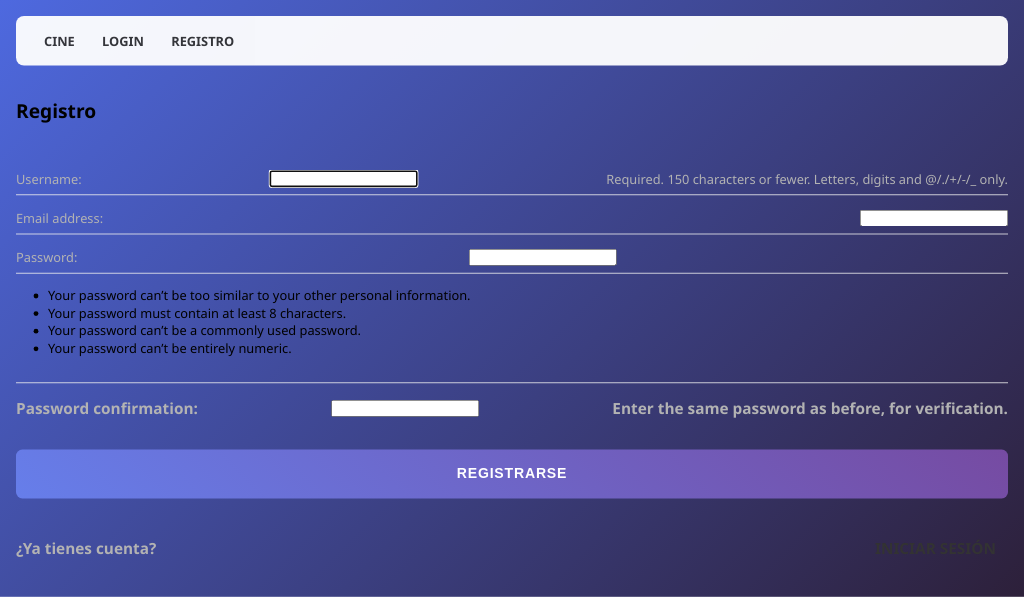
Repository: RoyScc/Practico-Django
Page: http://localhost/register/
The author's editor kept a copy of each file at every save. The page is drawn from the files as they stood at one save, then again after the next save.
The browser window is 1280 px wide. The pictures show the whole page, at 80% of full size.
The page is served by the project's application, run on Django 5.2 (manage.py). Other server files are loaded and not shown.

Above is the page before, as saved 2026-05-27 08:51:27.

### tickets/templates/tickets/register.html
{% extends 'tickets/base.html' %}

{% block body %}

<h2>Registro</h2>

<form method="POST">
    {% csrf_token %}
    {{ form.as_p }}

    <button type="submit">Registrarse</button>
</form>

<p>
    ¿Ya tienes cuenta?
    <a href="{% url 'login' %}">Iniciar sesión</a>
</p>

{% endblock %}

### tickets/templates/tickets/base.html
{% load static %}

<!DOCTYPE html>
<html lang="en">
<head>
    <meta charset="UTF-8">
    <meta name="viewport" content="width=device-width, initial-scale=1.0">

    <link rel="stylesheet" href="{% static 'tickets/styles.css' %}">

    <!-- ICONO -->
    <link rel="icon" href="{% static 'tickets/images/cine.png' %}" type="image/png">

    <title>{% block title %} Tickets {% endblock %}</title>
</head>

<body>

    <nav class="navbar2">

        {% if request.resolver_match.url_name == 'cine' %}
            <a href="{% url 'lista_metodos' %}">
                Metodos
            </a>
        {% endif %}

        <a href="{% url 'cine' %}">
            Cine
        </a>

        {% if request.resolver_match.url_name == 'lista_metodos' %}
            <a href="{% url 'crear_metodo_pago' %}">
                Crear método de pago
            </a>
        {% endif %}

        <!-- LOGIN / LOGOUT -->

        {% if user.is_authenticated %}
            <a href="{% url 'logout' %}">
                Cerrar sesión
            </a>

        {% else %}

            <a href="{% url 'login' %}">
                Login
            </a>

            <a href="{% url 'register' %}">
                Registro
            </a>

        {% endif %}

    </nav>

    {% block body %}{% endblock %}

</body>
</html>

### tickets/forms.py
from django import forms

from .models import MetodoPago

from django.contrib.auth.forms import UserCreationForm
from django.contrib.auth.models import User

class RegistroForm(UserCreationForm):
    class Meta:
        model = User
        fields = ['username', 'email', 'password1', 'password2']

class MetodoPagoForm(forms.ModelForm):
    class Meta:
        model = MetodoPago
        fields = ['nombre', 'tipo', 'banco']

### tickets/views.py
from django.shortcuts import render, redirect
from .models import Tickets, MetodoPago
from .forms import MetodoPagoForm
from django.contrib.auth import login, logout
from django.contrib.auth.forms import AuthenticationForm
from django.contrib.auth import authenticate
from .forms import RegistroForm

# Create your views here.

# def index(request):
#     tickets = Tickets.objects.filter(tipo="cine")
#     return render(request, 'tickets/index.html', {'tickets': tickets})

def cine(request):
    tickets = Tickets.objects.filter(tipo__icontains="cine")
    return render(request, 'tickets/cine.html', {'tickets': tickets})

def tickets(request):
    todos_los_tickets = Tickets.objects.all()
    return render(request, 'tickets/todos_los_tickets.html', {'tickets': todos_los_tickets})

def crear_metodo_pago(request):
    if request.method == 'POST':
        form = MetodoPagoForm(request.POST)
        if form.is_valid():
            form.save()
            return redirect('lista_metodos')
    else:
        form = MetodoPagoForm()
    return render(request, 'tickets/crear_metodo_pago.html', {'form': form})

from django.shortcuts import get_object_or_404

def lista_metodos_pago(request):
    metodos = MetodoPago.objects.all()
    return render(request, 'tickets/lista_metodos.html', {'metodos': metodos})

def editar_metodo(request, id):
    metodo = get_object_or_404(MetodoPago, id=id)
    if request.method == 'POST':
        form = MetodoPagoForm(request.POST, instance=metodo)
        if form.is_valid():
            form.save()
            return redirect('lista_metodos')
    else:
        form = MetodoPagoForm(instance=metodo)
    return render(request, 'tickets/crear_metodo_pago.html', {'form': form})

def borrar_metodo(request, id):
    metodo = get_object_or_404(MetodoPago, id=id)
    if request.method == 'POST':
        metodo.delete()
        return redirect('lista_metodos')
    return render(request, 'tickets/borrar_metodo.html', {'metodo': metodo})

#Registro de usuarios
def register_view(request):
    if request.method == 'POST':
        form = RegistroForm(request.POST)

        if form.is_valid():
            user = form.save()
            login(request, user)
            return redirect('index')

    else:
        form = RegistroForm()

    return render(request, 'tickets/register.html', {
        'form': form
    })


#Login de usuarios
def login_view(request):

    if request.method == 'POST':
        form = AuthenticationForm(data=request.POST)

        if form.is_valid():
            user = form.get_user()
            login(request, user)
            return redirect('index')

    else:
        form = AuthenticationForm()

    return render(request, 'tickets/login.html', {
        'form': form
    })


# LOGOUT
def logout_view(request):
    logout(request)
    return redirect('login')

### TicketERA/urls.py
"""
URL configuration for TicketERA project.

The `urlpatterns` list routes URLs to views. For more information please see:
    https://docs.djangoproject.com/en/6.0/topics/http/urls/
Examples:
Function views
    1. Add an import:  from my_app import views
    2. Add a URL to urlpatterns:  path('', views.home, name='home')
Class-based views
    1. Add an import:  from other_app.views import Home
    2. Add a URL to urlpatterns:  path('', Home.as_view(), name='home')
Including another URLconf
    1. Import the include() function: from django.urls import include, path
    2. Add a URL to urlpatterns:  path('blog/', include('blog.urls'))
"""
from django.contrib import admin
from django.urls import path, include

urlpatterns = [
    path('admin/', admin.site.urls),
    path('', include("tickets.urls"))
]

### tickets/urls.py
from django.urls import path, include

from . import views

urlpatterns = [
    #path('', views.index, name="index"),
    path('cine/', views.cine, name="cine"),
    path('tickets/', views.tickets, name="tickets"),
    path('metodos/', views.lista_metodos_pago, name="lista_metodos"),
    path('metodos/crear', views.crear_metodo_pago, name="crear_metodo_pago"),
    path('metodos/editar/<int:id>/', views.editar_metodo, name="editar_metodo"),
    path('metodos/borrar/<int:id>/', views.borrar_metodo, name="borrar_metodo"),
    path('login/', views.login_view, name='login'),
    path('register/', views.register_view, name='register'),
    path('logout/', views.logout_view, name='logout'),
]

### tickets/static/tickets/styles.css
/* Estilos generales para la página */
body {
    font-family: 'Segoe UI', Tahoma, sans-serif;
    background: linear-gradient(135deg, #4e69df 0%, #2d203a 100%);
    min-height: 100vh;
    margin: 0;
    padding: 20px;
    gap: 20px;
    display: flex;
    flex-direction: column;
    box-sizing: border-box;
    flex: 1;
}

nav{
    justify-content: space-around;
    background: white;
    opacity: 0.95;
    margin: 0;
    padding: 10px 20px;
    border-radius: 10px;

}

.navbar {
    display: flex;
    justify-content: flex-end;
    align-items: center;
}

a {
    display: inline-block;
    color: #333;
    text-decoration: none;
    font-weight: bold;
    padding: 10px 15px;
    border-radius: 5px;
    transition: background 0.3s ease;
    text-transform: uppercase;
    /*background: #686666;*/
}

a:hover {
    background: #667eea;
    color: white;
}


h1, h4 {
    color: white;
    text-align: center;
    margin-bottom: 30px;
    text-shadow: 2px 2px 4px rgba(0,0,0,0.3);
}

h1 {
    font-size: 2.5rem;
    margin-bottom: 10px;
}

h4 {
    font-size: 1.2rem;
    opacity: 0.9;
}

.cartelera {
    display: flex;
    flex-wrap: wrap;
    justify-content: center;
    gap: 40px;
    padding: 30px;
}
.ticket-item {
    background: white;
    border-radius: 15px;
    padding: 20px;

    display: flex;
    flex-direction: column;
    justify-content: space-between;

    width: 320px;
    min-height: 500px;

    box-shadow: 0 10px 30px rgba(0,0,0,0.2);

    transition: transform 0.3s ease;
}

.ticket-item2 {
    background: white;
    border-radius: 15px;
    padding: 20px;

    display: flex;
    flex-direction: column;
    justify-content: space-between;

    width: 320px;

    box-shadow: 0 10px 30px rgba(0,0,0,0.2);

    transition: transform 0.3s ease;
}

.ticket-item:hover {
    transform: translateY(-5px);
}

.ticket-item a {
    display: inline-block;
    margin-top: 10px;
}

.form {
    display: block;
    margin-top: 0em;
    unicode-bidi: isolate;
}

/* Tablet
@media (max-width: 768px) {
    .cartelera {
        gap: 15px;
        padding: 15px;
    }
}*/

/* Mobile
@media (max-width: 480px) {
    .cartelera {
        gap: 10px;
        padding: 10px;
    }

    .ticket-item {
        width: 100%;
        max-width: 300px;
    }
}*/

h3 {
    color: #fdfdfd;
    font-size: 1.5rem;
    margin-bottom: 20px;
    text-align: center;
    border-bottom: 3px solid #667eea;
    padding-bottom: 10px;
}

.h3 {
    color: #000000;
    font-size: 1.5rem;
    margin-bottom: 20px;
    text-align: center;
    border-bottom: 3px solid #667eea;
    padding-bottom: 10px;
}

p {
    color: #b3b3b3;
    font-size: 1rem;
    margin: 10px 0;
    padding: 8px 0;
    border-bottom: 1px solid #eee;
    display: flex;
    justify-content: space-between;
    align-items: center;
}

p:last-of-type {
    border-bottom: none;
    font-weight: bold;

    font-size: 1.2rem;
}

.pcartelera {
    color: #070202;
    font-size: 1rem;
    margin: 10px 0;
    padding: 8px 0;
    border-bottom: 1px solid #eee;
    display: flex;
    justify-content: space-between;
    align-items: center;
}

button {
    width: 100%;
    background: linear-gradient(45deg, #667eea, #764ba2);
    color: white;
    border: none;
    padding: 20px 20px;
    font-size: 1.1rem;
    font-weight: bold;
    border-radius: 8px;
    cursor: pointer;
    margin-top: 20px;
    transition: all 0.3s ease;
    text-transform: uppercase;
    letter-spacing: 1px;
}

button:hover {
    background: linear-gradient(45deg, #5a6fd8, #6a4190);
    transform: scale(1.05);
    box-shadow: 0 5px 15px rgba(102, 126, 234, 0.4);
}

.button {
    width: 100%;
    background: linear-gradient(45deg, #667eea, #764ba2);
    color: white;
    border: none;
    padding: 20px 5px;
    font-size: 1.1rem;
    font-weight: bold;
    border-radius: 8px;
    text-align: center;
    cursor: pointer;
    margin-top: 10px;
    transition: all 0.3s ease;
    text-transform: uppercase;
    letter-spacing: 1px;
}

.button:hover {
    background: linear-gradient(45deg, #5a6fd8, #6a4190);
    transform: scale(1.05);
    box-shadow: 0 5px 15px rgba(102, 126, 234, 0.4);
}


.ticket {
    margin-bottom: 20px;
    padding: 20px;
    border-radius: 10px;
    box-shadow: 0 5px 15px rgba(0,0,0,0.1);
    space
}

button:active {
    transform: scale(0.98);
}

.fecha-icon::before {
content: '📅 ';
margin-right: 8px;
font-weight: bold;
}

.ubicacion-icon::before {
    content: '📍';
    margin-right: 8px;
    font-weight: bold;
}

.precio-icon::before {
    content: '💵 ';
    margin-right: 8px;
    font-weight: bold;
}
/*
.carousel {
    display: flex;
    gap: 20px;
    overflow-x: auto;
    padding: 20px;
    scroll-behavior: smooth;
}

.carousel::-webkit-scrollbar {
    height: 10px;
}

.carousel::-webkit-scrollbar-thumb {
    background: #667eea;
    border-radius: 10px;
}

.ticket-item {
    min-width: 250px;
    background: white;
    border-radius: 15px;
    padding: 15px;
    flex-shrink: 0;
    box-shadow: 0 4px 10px rgba(0,0,0,0.1);
    text-align: center;
}

.ticket-img {
    width: 100%;
    height: 300px;
    object-fit: cover;
    border-radius: 10px;
}

.ticket-empty {
    text-align: center;
    padding: 50px;
}*/

After the next save:
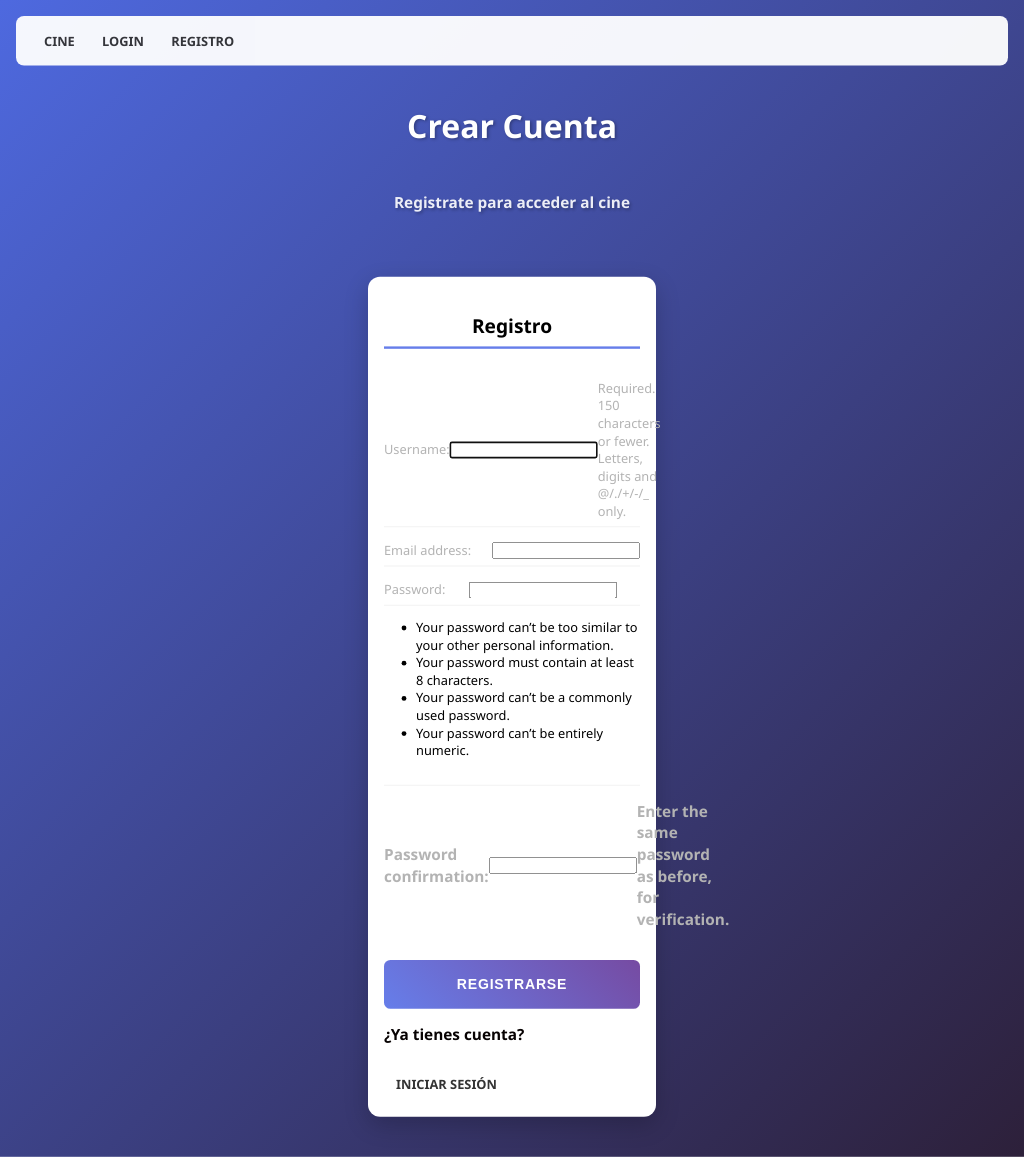
Saved 87 s later.
--- a/tickets/templates/tickets/register.html
+++ b/tickets/templates/tickets/register.html
@@ -1,19 +1,40 @@
 {% extends 'tickets/base.html' %}
+
+{% block title %} Registro {% endblock %}
 
 {% block body %}
 
-<h2>Registro</h2>
+<h1>Crear Cuenta</h1>
+<h4>Registrate para acceder al cine</h4>
 
-<form method="POST">
-    {% csrf_token %}
-    {{ form.as_p }}
+<div class="cartelera">
 
-    <button type="submit">Registrarse</button>
-</form>
+    <div class="ticket-item">
 
-<p>
-    ¿Ya tienes cuenta?
-    <a href="{% url 'login' %}">Iniciar sesión</a>
-</p>
+        <h3 class="h3">Registro</h3>
+
+        <form method="POST">
+
+            {% csrf_token %}
+
+            {{ form.as_p }}
+
+            <button type="submit">
+                Registrarse
+            </button>
+
+        </form>
+
+        <p class="pcartelera">
+            ¿Ya tienes cuenta?
+        </p>
+
+        <a href="{% url 'login' %}">
+            Iniciar sesión
+        </a>
+
+    </div>
+
+</div>
 
 {% endblock %}
